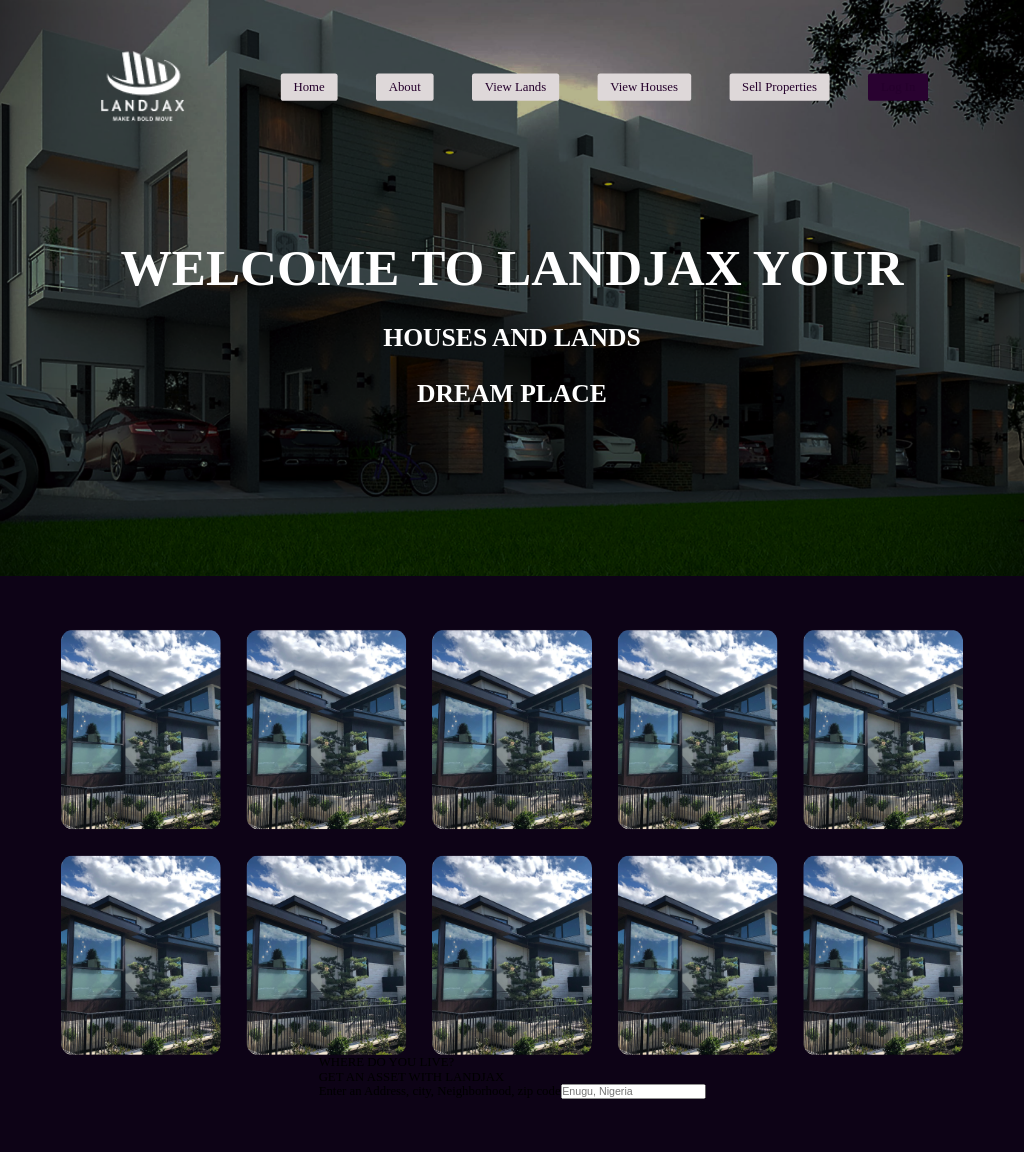
Repository: NorVirae/landjax-frontend
Page: /
These files come from the project's save history. The page is drawn as it stood at one moment and after the next save; the edit follows.
The browser window is 1280 px wide. The pictures show the whole page, at 80% of full size.
The project was rebuilt for these pictures with package versions that can differ from the ones it lists, and the page was loaded fresh each time. The framework's server and built-in components were replaced by stand-ins that run in the browser. Also part of the build but not shown: next.config.js.

Above is the page before, as saved 2022-07-02 16:12:03.

### pages/_app.tsx
import '../src/styles/Landing.css'
import '../src/styles/Global.css'


import type { AppProps } from 'next/app'

function MyApp({ Component, pageProps }: AppProps) {
  return <Component {...pageProps} />
}

export default MyApp

### pages/index.tsx
import type { NextPage } from 'next'
import Head from 'next/head'
import Image from 'next/image'
import Navbar from '../src/components/Navbar'
import HouseImg from '../src/assets/24.png'

const Home = () => {
  return (
    <div>
      <Head>
        <title>Land Jax</title>
        <meta name="description" content="Generated by create next app" />
        <link rel="icon" href="/favicon.ico" />
      </Head>


      <main>
        <section className='carousel__container'>
          <Navbar />

          <div className='carousel__welcome-screen'>
            <h2 className='carousel__welcome-text'>WELCOME TO LANDJAX YOUR</h2>
            <h3 className='carousel__house-lands'>HOUSES AND LANDS</h3>
            <h4 className='carousel__dream-place'>DREAM PLACE</h4>

          </div>

        </section>

        <section className='house__preview'>

          <div className='house__preview-inner'>
            <Image src={HouseImg} height={"250rem"} objectFit={"cover"} width="200rem" className='house__image-preview'/>
            <Image src={HouseImg} height={"250rem"} objectFit={"cover"} width="200rem" className='house__image-preview'/>
            <Image src={HouseImg} height={"250rem"} objectFit={"cover"} width="200rem" className='house__image-preview'/>
            <Image src={HouseImg} height={"250rem"} objectFit={"cover"} width="200rem" className='house__image-preview'/>
            <Image src={HouseImg} height={"250rem"} objectFit={"cover"} width="200rem" className='house__image-preview'/>
            <Image src={HouseImg} height={"250rem"} objectFit={"cover"} width="200rem" className='house__image-preview'/>
            <Image src={HouseImg} height={"250rem"} objectFit={"cover"} width="200rem" className='house__image-preview'/>
            <Image src={HouseImg} height={"250rem"} objectFit={"cover"} width="200rem" className='house__image-preview'/>
            <Image src={HouseImg} height={"250rem"} objectFit={"cover"} width="200rem" className='house__image-preview'/>
            <Image src={HouseImg} height={"250rem"} objectFit={"cover"} width="200rem" className='house__image-preview'/>

          </div>

          <section>
            <p> WHERE DO YOU LIVE?</p>
            <p> GET AN ASSET WITH <span>LANDJAX</span></p>

            <div className='house__for'>
              <label>Enter an Address, city, Neighborhood, zip code</label>
              <input placeholder='Enugu, Nigeria' />
            </div>

          </section>

        </section>


      </main>

      <footer>

      </footer>
    </div>
  )
}

export default Home

### src/styles/Landing.css
.carousel__container{
    background-repeat: no-repeat;
    background-image: url('../assets/1.png');
    background-size: cover;
    height: 100vh;
    width: 100vw;
}
.navbar{
    display: flex;
    justify-content: space-around;
    padding: 4rem;
    align-items: center;
}


.navbar .nav {
    display: flex;
    text-decoration: none;
    list-style: none;
    gap: 3rem;
}

.navbar .nav a{

}

.navbar__nav-link{
    /* padding: 3rem 2rem; */
    color: #25012C;
}

.navbar__nav-item{
    background-color: #DED8D9;
    color: #25012C;
    padding: .5rem 1rem;
    border-radius: .2rem;

}

.sign-in{
    background-color: #290230;
    color: #DFDDDF!important;

}

.carousel__welcome-screen{
    padding: 5rem 3rem;
    color: white;
    display: flex;
    justify-content: center;
    align-items: center;
    flex-direction: column;
    gap: 2rem;
}


.carousel__welcome-text{
    font-size: 4rem;
}
.carousel__house-lands{
    font-size: 2rem;
}
.carousel__dream-place{
    font-size: 2rem;
}


.house__preview{
    height: 100vh;
    width: 100vw;
    display: flex;
    justify-content: center;
    align-items: center;
    display: flex;
    flex-direction: column;
    background-color: #0D0316;
    position: relative;

}

.house__preview-inner{
    display: grid;
    gap: 2rem;
    grid-template-columns: repeat(5, 1fr);

}

.house__preview-overlay{
    background-color: #0000007e;
    height: 100vh;
    width: 100vw;
    position: absolute;
    left: 0%;
    top: 0%;
    z-index: 2;
}

.house__image-preview{
    border-radius: 1rem;
}

.house__intro {
    display: flex;
    justify-content: center;
    align-items: center;
    flex-direction: column;
    gap: 2rem;
    position: absolute;
    color: white;
    z-index: 3;
}

.house__live{
    font-size: 3rem;
}

.house__asset{
    font-size: 1.2rem;
}

.house__land-annouce{
    font-weight: 900;
    font-size: 1.3rem;
}

.house__form-group{
    background-color: white;
    border: 1rem;
    padding: 1.5rem;
    border-radius: 3rem;
    display: flex;
    flex-direction: column;
    gap: 1rem;
    width: 100%;
}

.house__form-label{
    color: black;
}

.house__form-control{
    border: none;
}

.house__form-control:focus{
    outline: none;
}

.house__btn-ecom-container{
    display: flex;
    gap: 2rem;
}

.house__btn-buy-prop{
    padding: 1rem 1.5rem;
    border-radius: 1rem;
    color: #470C76;

}

.house__btn-sell-prop{
    padding: 1rem 1.5rem;
    border-radius: 1rem;
    color: #E1E2E2;
    background-color: transparent;
    border: .1rem solid #E1E2E2;

}

.future__container{
    width: 100vw;
    background-color: #0C0215;
    padding: 2rem 3rem;

    display: flex;
    justify-content: center;
    align-items: center;
    flex-direction: column;
    gap: 2rem;
}

.future__header{
    color: white;
    display: flex;
    align-items: center;
    gap: 3rem;
    padding: 3rem 7rem;
}


.future__prop-text{
    font-size: 3rem;

}
.future__btn-prop{
    font-size: 1.2rem;
    padding: 1rem 3rem;
    background-color: #2B0549;
    color: white;
    border: none;
}
.future__houses-card-container{
    display: grid;
    grid-template-columns: repeat(3, 1fr);
    gap: 2rem;
    margin: auto 3rem;
    max-width: 60rem;
}

.future__house-card{
    display: flex;
    flex-direction: column;
    color: white;
    border-top-left-radius: 2rem;
    border-top-right-radius: 2rem;
    height: 100%;
    background-color: #ffff;
    position: relative;

}

.future__card-img{
    border-top-left-radius: 2rem;
    border-top-right-radius: 2rem;

}

.future__card-body{
    display: flex;
    flex-direction: column;
    color: #000;
    gap: 1rem;
    padding: 2rem;
}

.future__card-title{
    font-weight: 900;
    font-size: 1.5rem;
}

.future__card-price{
    font-size: 1.4rem;
    font-weight: 900;
}

.future__card-desc{
    font-size: 1rem;
}

.future__profile-container{
    display: flex;
    align-items: center;
    gap: 1rem;

}
.future__profile-img{
    border-radius: 100%;
}

.future__btn-sale{
    background-color: #5E4D7C;
    color: #EBE9EF;
    padding: .3rem 1rem;
    border-radius: .3rem;
    position: absolute;
    border: none;
    font-size: .9rem;
    right: 5%;
    top: 5%;
    z-index: 2;
}

.explore__market-container{
    display: flex;
    gap: 4rem;
    justify-content: space-around;
    background-image: url(../assets//16.png);
}

### src/styles/Global.css
* {
    padding: 0;
    margin: 0;
    box-sizing: border-box;
}

a {
    text-decoration: none;
}

### src/components/Navbar.tsx
import Link from "next/link";
import React from "react";
import Image from "next/image";
import Logo from "../assets/logo.png"

const Navbar:React.FC = ({}) => {

    return (
        <nav className="navbar">
            <Link href="#">
                <Image className="navbar_brand" src={Logo} width="120rem" objectFit="contain" height="90rem" />
            </Link>
            <ul className="nav">
                <li className="navbar__nav-item">
                    <Link href={"/"}>
                        <a className={"navbar__nav-link"}>
                            Home
                        </a>
                    </Link>
                </li>

                <li className="navbar__nav-item">
                    <Link href={"/"}>
                        <a className={"navbar__nav-link"}>
                            About
                        </a>
                    </Link>
                </li>

                <li className="navbar__nav-item">
                    <Link href={"/view/lands"}>
                        <a className={"navbar__nav-link"}>
                            View Lands
                        </a>
                    </Link>
                </li>

                <li className="navbar__nav-item">
                    <Link href={"/view/houses"}>
                        <a className={"navbar__nav-link"}>
                            View Houses
                        </a>
                    </Link>
                </li>

                <li className="navbar__nav-item">
                    <Link href={"/sell/properties"}>
                        <a className={"navbar__nav-link"}>
                            Sell Properties
                        </a>
                    </Link>
                </li>

                <li className="navbar__nav-item sign-in">
                    <Link href={"/login"}>
                        <a className={"navbar__nav-link"}>
                            Log In
                        </a>
                    </Link>
                </li>
            </ul>
        </nav>
    )

}

export default Navbar;

After the next save:
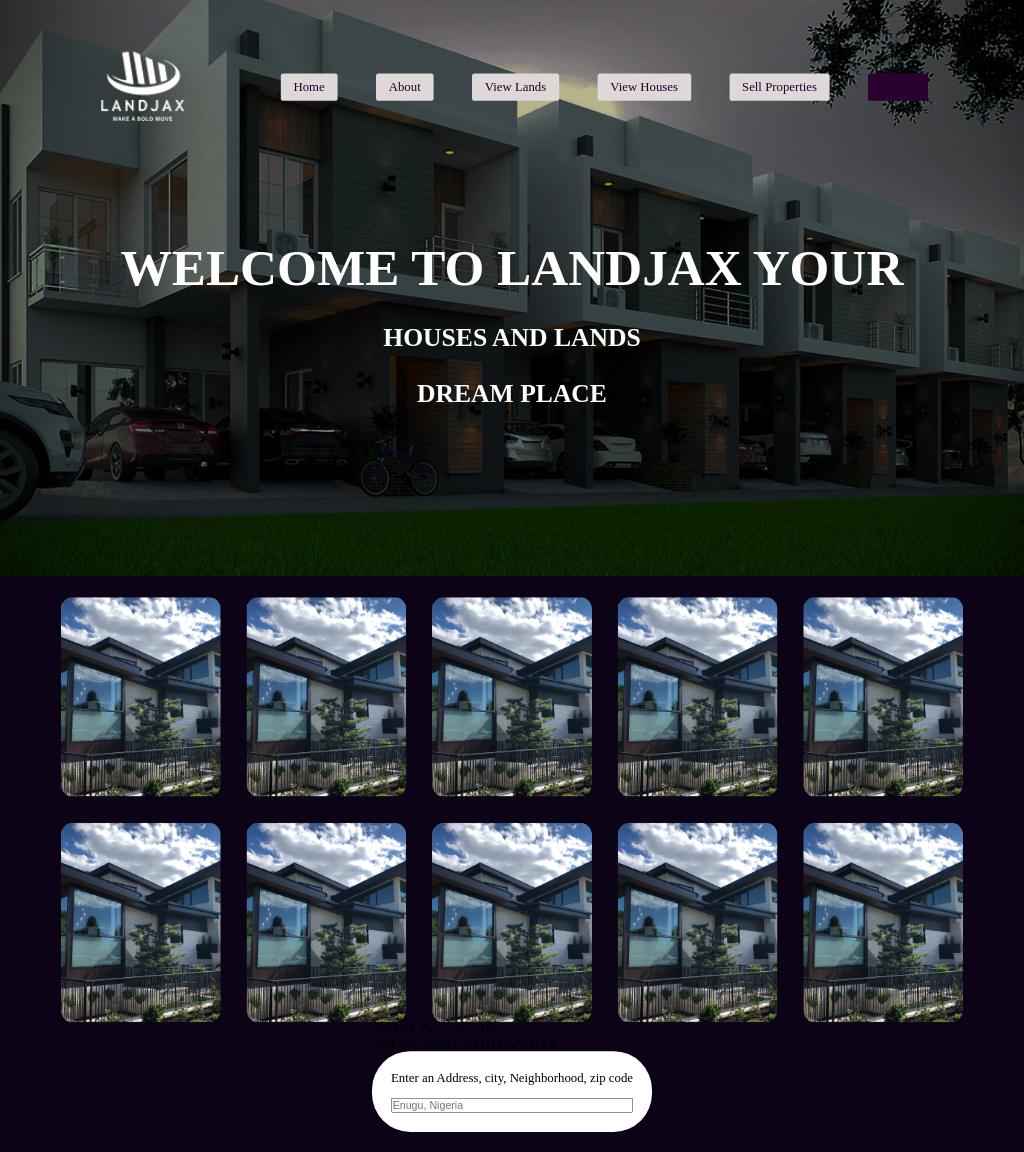
Saved 6 s later.
--- a/pages/index.tsx
+++ b/pages/index.tsx
@@ -47,7 +47,7 @@ const Home = () => {
             <p> WHERE DO YOU LIVE?</p>
             <p> GET AN ASSET WITH <span>LANDJAX</span></p>
 
-            <div className='house__for'>
+            <div className='house__form-group'>
               <label>Enter an Address, city, Neighborhood, zip code</label>
               <input placeholder='Enugu, Nigeria' />
             </div>
